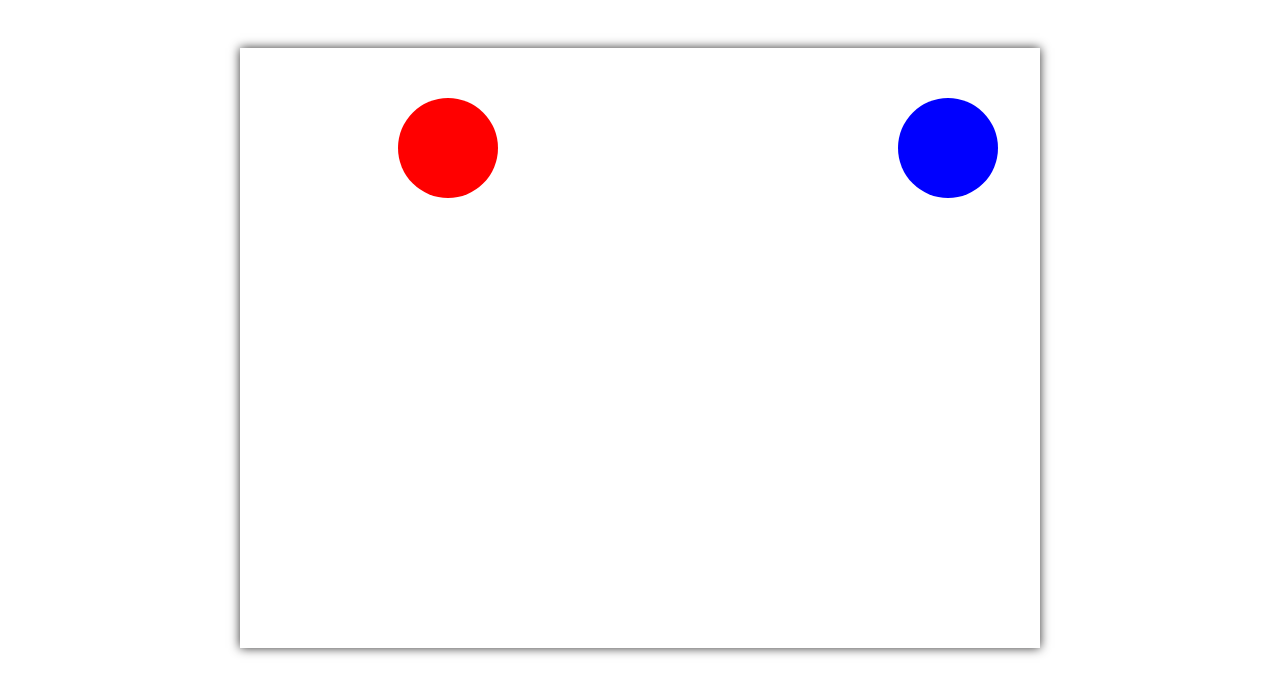
Repository: fangYiYuan/javascript-
Page: canvas/10.圆形碰撞.html
The author's editor kept a copy of each file at every save. The page is drawn from the files as they stood at one save, then again after the next save.
The browser window is 1280 px wide. The pictures show the whole page.

Above is the page before, as saved 2020-04-15 10:51:59.

After the next save:
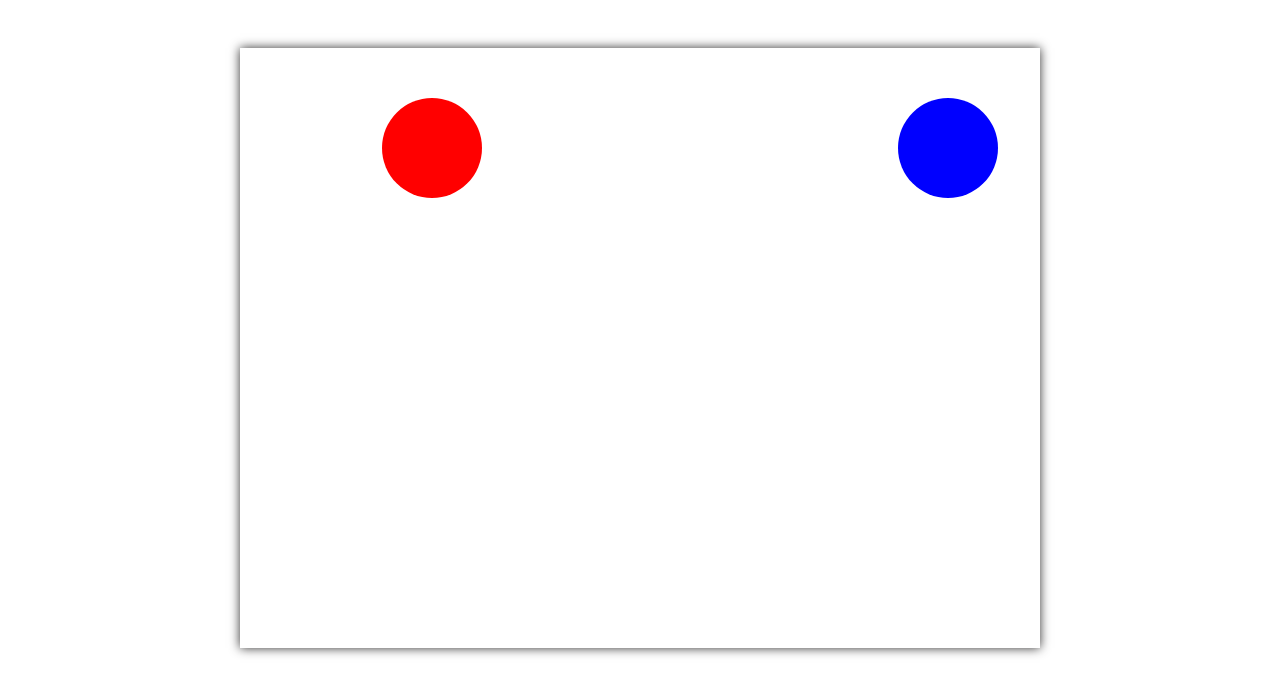
Saved 38 s later.
--- a/canvas/10.圆形碰撞.html
+++ b/canvas/10.圆形碰撞.html
@@ -45,7 +45,7 @@
     }
   }
   let balla = new Ball(100, 100, 50, 2, 'red')
-  let ballb = new Ball(600, 100, 50, 2, 'blue')
+  let ballb = new Ball(600, 100, 50, -2, 'blue')
   // balla.draw()
   // balla.move()
   function moveTo () {
